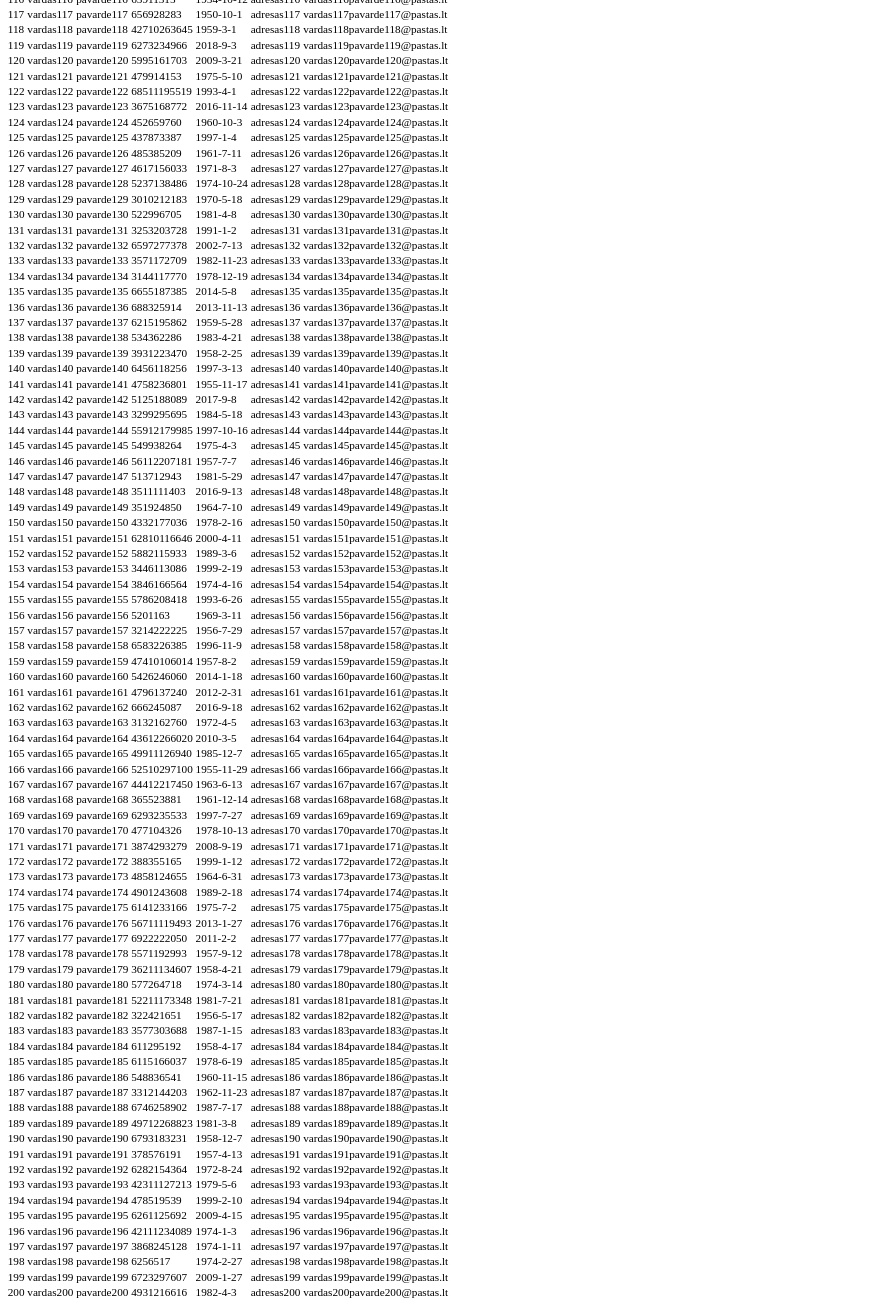
Repository: motiejus1/09-paskaita-PHP-05.31
Page: http://localhost/
These files come from the project's save history. The page is drawn as it stood at one moment and after a run of saves; the edit follows.
The browser window is 1280 px wide. The pictures show the part of the page from y = 2552 to 4472 px (the page is 4418 px tall before and 4472 px after), at 70% of full size.
The page is run by PHP 8.4 with error messages shown; the project is at /var/www/html/.

Above is the page before, as saved 2021-08-02 19:05:43.

### index.php
<!DOCTYPE html>
<html lang="en">
<head>
    <meta charset="UTF-8">
    <meta http-equiv="X-UA-Compatible" content="IE=edge">
    <meta name="viewport" content="width=device-width, initial-scale=1.0">
    <title>09-paskaita</title>
</head>
<body>

<?php
// Susikurti asociatyvų masyvą "Klientai".
// Kintamieji:
// vardas
// pavarde
// asmens kodas
// prisijungimo data
// adresas
// elpastas.

// Masyve turi būti 200 klientų. Duomenis užpildyti savo nuožiūrą.
// Visą "Klientai" objektų masyvą atvaizduoti lentelėje <table>.
// Visas klientų masyvas saugomas COOKIE.


// Papildomai: Sukurti galimybę pridėti klientą į masyvą bei ištrinti.

$klientai = array();

for($i=0; $i< 200; $i++){
    //klientai masyva sitas ciklas turi pildyti visa lentyna
    //turi prideti nauja masyva i klientai masyva
    $klientas = array(
        "id" => $i+1,
        "vardas" => "vardas".($i+1),
        "pavarde" => "pavarde".($i+1),
        "asmens_kodas" => rand(3,6).rand(0,99).rand(1,12).rand(1,31).rand(0,9999), //38512300000

        //atsitiktiniu budu sugeneruota data
        "prisijungimo_data" => rand(1950, 2021)."-".rand(1,12)."-".rand(1,31),
        "adresas" => "adresas".($i+1),
        "elpastas" => "vardas".($i+1)."pavarde".($i+1)."@pastas.lt"
    );

    //kaip dabar papildyti masyva $klientai?
    array_push($klientai, $klientas);
}


echo "<table>";
//Dvimatis masyvas yra lentele;
//Ka daryti toliau? Ciklas

//$klientai - dvimatis masyvas
//$eilute - vienmatis asociatyvus masyvas
//$stulpelis - masyvo elementas/arba kazkoks kintamasis
foreach ($klientai as $eilute) {
//Isvedineja lentyneles - eilute 200 eiluciu
    echo "<tr>";
    //isvesti stulpelius?
    foreach($eilute as $stulpelis) { // 7 stulpeliai
        echo "<td>";
        echo $stulpelis;
        echo "</td>";
    }

    echo "</tr>";
}

echo "</table>";

// var_dump($klientai);

// kiekviena karta refreshinus/perkraunant puslapi, musu kintamieji isivalo,
//igauna savo pradines reiksmes

//mes sukuriame forma
//ivedame duomenis
//spaudziame mygtuka patvirtinti, musu puslapis persikrauna
//paimami duomenys is formos ir array_push mes viska sukeliame į klientai masyva

//COOkies

//kai kuriamas musu klientai masyvas, jis yra isaugomas i sausainiuka
//kai musu masyvas jau yra sausainiukyje, mes ji galime atvaizduoti is sausainiuko
//mes turime isaugoje reiksmes, vadinasi,
// mes prie sausainiuko reiksmes galime prideti kazka naujo

// cookie mes galim saugoti tik teksta


?>


</body>
</html>

After the next 2 saves:
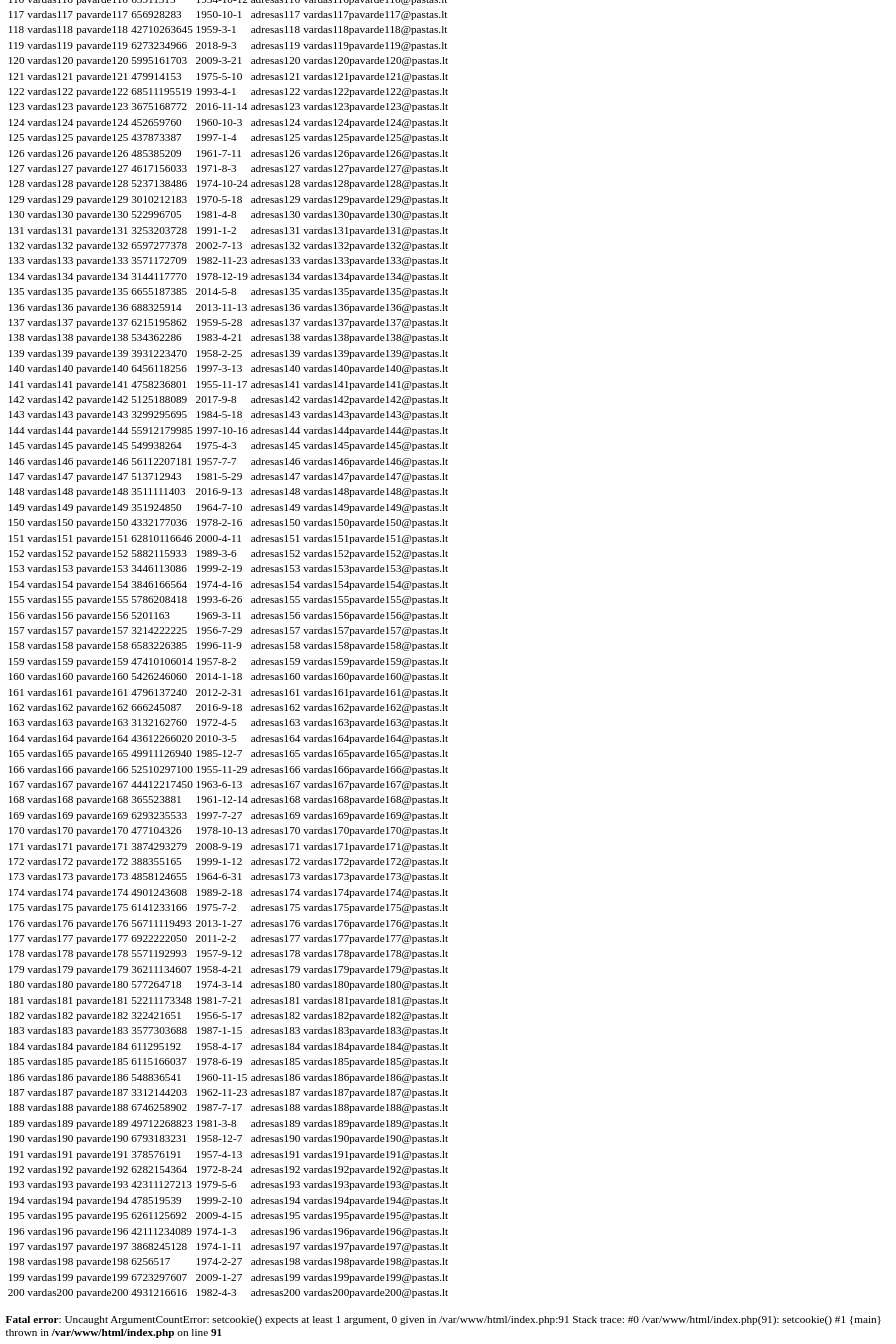
The 2 saves are shown as one change because they came seconds apart.
The last was saved 9 s later.
--- a/index.php
+++ b/index.php
@@ -88,6 +88,8 @@ echo "</table>";
 
 // cookie mes galim saugoti tik teksta
 
+setcookie()
+
 
 ?>
 
